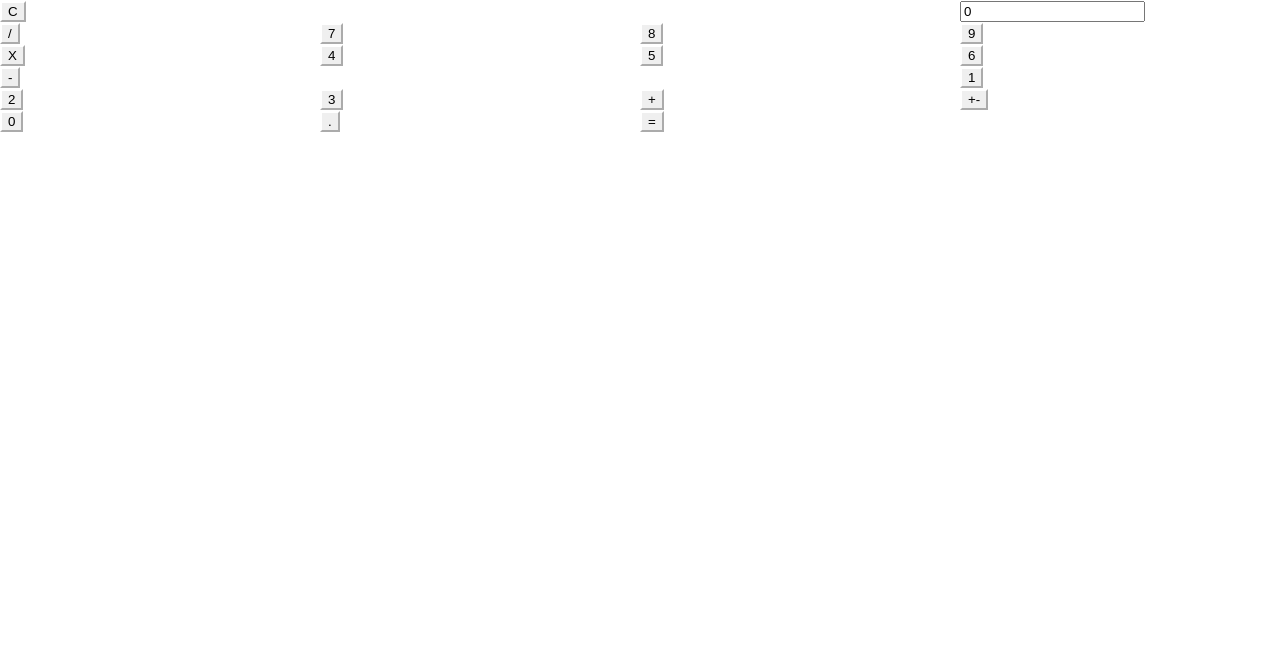
Repository: aaronmatei/react-calc
Page: /
These files come from the project's save history. The page is drawn as it stood at one moment and after the next save; the edit follows.
The browser window is 1280 px wide. The pictures show the whole page.
The project was rebuilt for these pictures with package versions that can differ from the ones it lists, and the page was loaded fresh each time.

Above is the page before, as saved 2019-12-13 10:53:01.

After the next save:
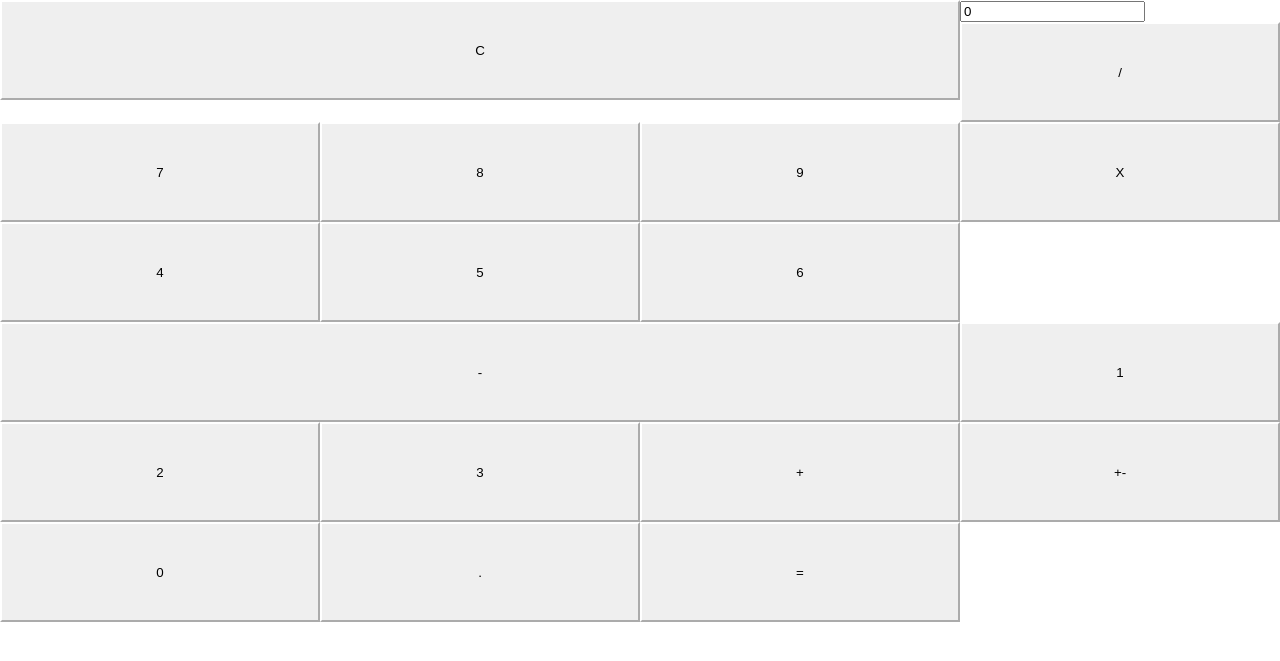
Saved 103 s later.
--- a/src/css/styles.css
+++ b/src/css/styles.css
@@ -11,5 +11,7 @@
 	float: left;
 }
 button.calc-button {
+	width: 100%;
+	height: 100px;
 	border-color: #fff;
 }
